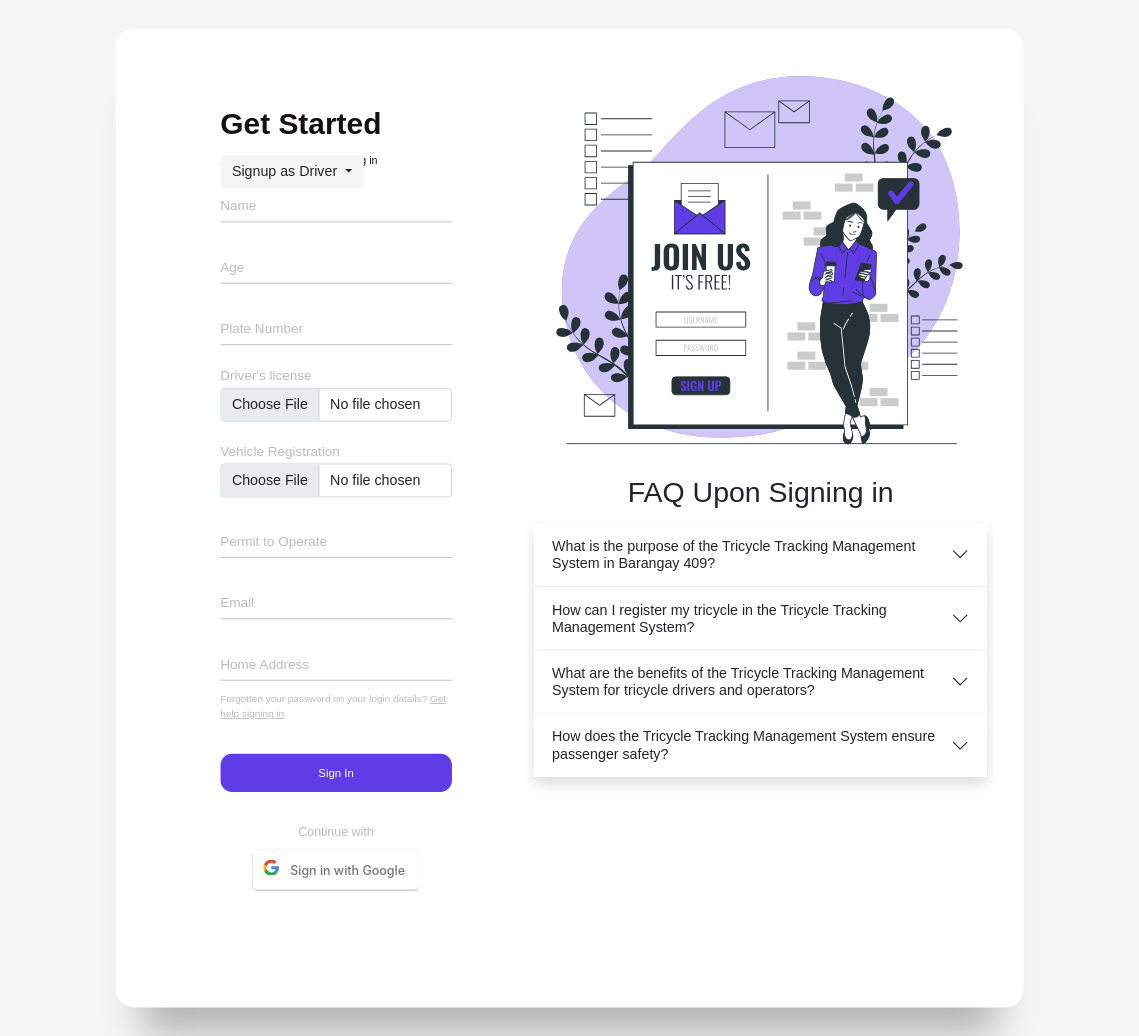
Repository: adrcstro/plate-to-place
Page: http://localhost/Loginsystem/Driverlogin.php
An editor plug-in stored every save of this project. The page is shown before and after the next save, followed by the edit.
The browser window is 1280 px wide. The pictures show the whole page, at 89% of full size.
Some web fonts or font styles are not loaded; a fallback is used. Some web libraries are served in a nearby version. The page is run by PHP 8.4 with error messages shown; the project is at /var/www/html/.

Above is the page before, as saved 2023-10-31 12:34:17.

### Loginsystem/Driverlogin.php
<!DOCTYPE html>
<html lang="en">
<head>
    <meta charset="UTF-8">
    <meta name="viewport" content="width=device-width, initial-scale=1.0">
    <link rel="shortcut icon" type="x-icon" href="../images/webicon.png">
    <link rel="stylesheet" href="../css/bootstrap.min.css">
    <link rel="stylesheet" href="https://cdnjs.cloudflare.com/ajax/libs/font-awesome/6.3.0/css/all.min.css" integrity="sha512-SzlrxWUlpfuzQ+pcUCosxcglQRNAq/DZjVsC0lE40xsADsfeQoEypE+enwcOiGjk/bSuGGKHEyjSoQ1zVisanQ==" crossorigin="anonymous" referrerpolicy="no-referrer"/>
    <link rel="stylesheet" href="driver.css">

    <title>Brangay409-3WHeel-Tracking-System</title>
</head>

<body>

<main>
      <div class="box">
        <div class="inner-box">
          <div class="forms-wrap">
            <form action="index.html" autocomplete="off" class="sign-in-form">

<script>
    function changeLoginType(type) {
        document.getElementById('loginDropdown').innerText = 'Login as ' + type;
    }
</script>
              <div class="heading">
                <h2>Get Started</h2>
                <h6>Already have an Account?</h6>
                <a href="#" class="toggle" data-target="img-2">Log in</a>
              </div>
              <div class="dropdown">
    <button class="btn dropdown-toggle" type="button" data-bs-toggle="dropdown" aria-expanded="false" id="loginDropdown">
        Signup as Driver
    </button>
    <ul class="dropdown-menu">
        <li><a class="dropdown-item" href="Passenger.php" onclick="changeLoginType('Passenger')">Passenger</a></li>
        <li><a class="dropdown-item" href="Driverlogin.php" onclick="changeLoginType('Driver')">Driver</a></li>

    </ul>
</div>
<div class="formsignin">



              <div class="actual-form">
                <div class="input-wrap">
                  <input
                    type="text"
                    minlength="4"
                    class="input-field"
                    autocomplete="off"
                    required
                  />
                  <label>Name</label>
                </div>

                <div class="input-wrap">
                  <input
                    type="password"
                    minlength="4"
                    class="input-field"
                    autocomplete="off"
                    required
                  />
                  <label>Age</label>
                </div>

                <div class="input-wrap">
                  <input
                    type="text"
                    minlength="4"
                    class="input-field"
                    autocomplete="off"
                    required
                  />
                  <label>Plate Number</label>
                </div>

                <div id="Filefield" class="input-wrap">
  <label for="formFile" class="custom-label">Driver's license</label>
  <input class="form-control" type="file" id="formFile" title="Please ensure the image is clear and legible" class="custom-title">
</div>
<div id="Filefield" class="input-wrap">
  <label for="formFile" class="custom-label">Vehicle Registration</label>
  <input class="form-control" type="file" id="formFile" title="Please ensure the image is clear and legible" class="custom-title">
</div>

                <div class="input-wrap">
                  <input
                    type="text"
                    minlength="4"
                    class="input-field"
                    autocomplete="off"
                    required
                  />
                  <label>Permit to Operate</label>
                </div>
                <div class="input-wrap">
                  <input
                    type="text"
                    minlength="4"
                    class="input-field"
                    autocomplete="off"
                    required
                  />
                  <label>Email</label>
                </div>
                <div class="input-wrap">
                  <input
                    type="text"
                    minlength="4"
                    class="input-field"
                    autocomplete="off"
                    required
                  />
                  <label>Home Address</label>
                </div>
                <p class="text">
                  Forgotten your password on your login datails?

                  <a href="Forgotpassword.php" data-target="img-2">Get help signing in</a>
                </p>
                <input type="submit" value="Sign In" class="sign-btn" />
                <h5 id="textcon">Continue with</h5>
                <button type="button" class="login-with-google-btn" >
                Sign in with Google
                 </button>
              </div>
              </div>
            </form>


          </div>
          <div class="carousel">
  <div class="images-wrapper">
    <img src="../images/Signup.svg" class="image img-2 show" alt="" />
  </div>

  <div class="col-md-12">
         <h2 class="mt-2 text-center" id="FAQ">FAQ Upon Signing in</h2>
         <div class="accordion accordion-flush p-2" id="accordionFlushExample">
          <div class="accordion-item bg-white shadow">
            <h2 class="accordion-header">
              <button class="accordion-button collapsed" type="button" data-bs-toggle="collapse" data-bs-target="#flush-collapseOne" aria-expanded="false" aria-controls="flush-collapseOne">
                What is the purpose of the Tricycle Tracking Management System in Barangay 409?
              </button>
            </h2>
            <div id="flush-collapseOne" class="accordion-collapse collapse" data-bs-parent="#accordionFlushExample">
              <div class="accordion-body">The Tricycle Tracking Management System aims to streamline tricycle operations and ensure passenger safety and efficient transportation services within the barangay.</div>
            </div>
          </div>
          <div class="accordion-item shadow">
            <h2 class="accordion-header">
              <button class="accordion-button collapsed" type="button" data-bs-toggle="collapse" data-bs-target="#flush-collapseTwo" aria-expanded="false" aria-controls="flush-collapseTwo">
                How can I register my tricycle in the Tricycle Tracking Management System?
              </button>
            </h2>
            <div id="flush-collapseTwo" class="accordion-collapse collapse" data-bs-parent="#accordionFlushExample">
              <div class="accordion-body">To register your tricycle, visit the barangay office and submit the required documents, including the tricycle's registration papers, driver's license, and other necessary permits.</div>
            </div>
          </div>
          <div class="accordion-item shadow">
            <h2 class="accordion-header">
              <button class="accordion-button collapsed" type="button" data-bs-toggle="collapse" data-bs-target="#flush-collapseThree" aria-expanded="false" aria-controls="flush-collapseThree">
                What are the benefits of the Tricycle Tracking Management System for tricycle drivers and operators?
              </button>
            </h2>
            <div id="flush-collapseThree" class="accordion-collapse collapse" data-bs-parent="#accordionFlushExample">
              <div class="accordion-body">The system provides improved transparency in fare collection, enhances security measures for both drivers and passengers, and facilitates better route planning, leading to increased efficiency and profitability for tricycle operators.
              </div>
            </div>
          </div>

          <div class="accordion-item shadow">
            <h2 class="accordion-header">
              <button class="accordion-button collapsed" type="button" data-bs-toggle="collapse" data-bs-target="#flush-collapseFour" aria-expanded="false" aria-controls="flush-collapseFour">
                How does the Tricycle Tracking Management System ensure passenger safety?
              </button>
            </h2>
            <div id="flush-collapseFour" class="accordion-collapse collapse" data-bs-parent="#accordionFlushExample">
              <div class="accordion-body">The system integrates safety measures such as  Report Management, Legal Action Provider, and driver identification features, which enable swift responses to any emergency situations during tricycle rides.</div>
            </div>
          </div>



        </div>
         </div>


</div>
        </div>
      </div>
    </main>



</body>
<script src="../js/bootstrap.bundle.js"></script>
    <script src="login.js"></script>

</html>

### Loginsystem/driver.css
@import url("https://fonts.googleapis.com/css2?family=Poppins:wght@200;300;400;500;600;700;800&display=swap");
@import url('https://fonts.googleapis.com/css2?family=Advent+Pro:wght@200&display=swap');
@import url('https://fonts.googleapis.com/css2?family=Advent+Pro:wght@200&family=Montserrat+Alternates&display=swap');
@import url('http://fonts.googleapis.com/css?family=Open+Sans:400,700');
*,
*::before,
*::after {
  padding: 0;
  margin: 0;
  box-sizing: border-box;
}
#textcon{
  padding: 4px;
  text-align: center;
  color: #bababa;
  font-size: 14px;
}
.login-with-google-btn {
  transition: background-color .3s, box-shadow .3s;
  padding: 12px 16px 12px 42px;
  border: none;
  border-radius: 5px;
  box-shadow: 0 -1px 0 rgba(0, 0, 0, .04), 0 1px 1px rgba(0, 0, 0, .25);
  display: block;
    margin: auto;
  color: #757575;
  font-size: 14px;
  font-weight: 500;
  font-family: -apple-system,BlinkMacSystemFont,"Segoe UI",Roboto,Oxygen,Ubuntu,Cantarell,"Fira Sans","Droid Sans","Helvetica Neue",sans-serif;

  background-image: url(data:[embedded picture, 822 characters]);
  background-color: white;
  background-repeat: no-repeat;
  background-position: 12px 11px;

  &:hover {
    background-color: #f3f3f3b6;
  }

  &:active {
    background-color: #eeeeee;
  }
}
  &:focus {
    outline: none;
    box-shadow:
      0 -1px 0 rgba(0, 0, 0, .04),
      0 2px 4px rgba(0, 0, 0, .25),
      0 0 0 3px #c8dafc;
  }

.logo {
  text-align: center;
}
.logo br {
  font-size: 1px; /* Adjust the font size as per your requirement */
}
body,
input {
  font-family: 'Montserrat Alternates', sans-serif;

}
#loginDropdown{
  background-color: whitesmoke;
}

main {
  width: 100%;
  min-height: 100vh;
  overflow: hidden;
  background-color: whitesmoke;
  padding: 2rem;
  display: flex;
  align-items: center;
  justify-content: center;
}

.box {
  position: relative;
  width: 100%;
  max-width: 1020px;
  height: 1100px;
  background-color: #fff;
  border-radius: 1.3rem;
  box-shadow: 0 60px 40px -30px rgba(0, 0, 0, 0.27);
}

.inner-box {
  position: absolute;
  width: calc(100% - 4.1rem);
  height: calc(100% - 4.1rem);
  top: 50%;
  left: 50%;
  transform: translate(-50%, -50%);
}

.forms-wrap {
  position: absolute;
  height: 100%;
  width: 45%;
  top: 0;
  left: 0;
  display: grid;
  grid-template-columns: 1fr;
  grid-template-rows: 1fr;
  transition: 0.8s ease-in-out;
}

form {
  max-width: 260px;
  width: 100%;
  margin: 0 auto;
  height: 100%;
  display: flex;
  flex-direction: column;
  justify-content: space-evenly;
  grid-column: 1 / 2;
  grid-row: 1 / 2;
  transition: opacity 0.02s 0.4s;
  border: #aaa;
}

form.sign-up-form {
  opacity: 0;
  pointer-events: none;

}

.logo {
  display: flex;
  align-items: center;
}


.logo h4 {
  font-size: 1.1rem;
  margin-top: -9px;
  letter-spacing: -0.5px;
  color: #151111;
}

.heading h2 {
  font-size: 2.1rem;
  font-weight: 600;
  color: #151111;
}

.heading h6 {
  color: #bababa;
  font-weight: 400;
  font-size: 0.75rem;
  display: inline;
}

.toggle {
  color: #151111;
  text-decoration: none;
  font-size: 0.75rem;
  font-weight: 500;
  transition: 0.3s;
}

.toggle:hover {
  color: #8371fd;
}

.input-wrap {
  position: relative;
  height: 37px;
  margin-bottom: 2rem;
}

.input-field {
  position: absolute;
  width: 100%;
  height: 100%;
  background: none;
  border: none;
  outline: none;
  border-bottom: 1px solid #bbb;
  padding: 0;
  font-size: 0.95rem;
  color: #151111;
  transition: 0.4s;
}

label {
  position: absolute;
  left: 0;
  top: 50%;
  transform: translateY(-50%);
  font-size: 0.95rem;
  color: #bbb;
  pointer-events: none;
  transition: 0.4s;
}

.input-field.active {
  border-bottom-color: #151111;
}

.input-field.active + label {
  font-size: 0.75rem;
  top: -2px;
}
.logtext{
  margin-top: -1rem;
}
.sign-btn {
  display: inline-block;
  width: 100%;
  height: 43px;
  background-color: #603ce6;
  color: #fff;
  border: none;
  cursor: pointer;
  border-radius: 0.8rem;
  font-size: 0.8rem;
  margin-bottom: 2rem;
  transition: 0.3s;
}
.show {
  display: block;
}

.FAQESTION{
  margin-top: -3rem;
}



.hide {
  display: none;
}

.sign-btn:hover {
  background-color: #6a5cc4;
}

.text {
  color: #bbb;
  font-size: 0.7rem;
  transform: translateY(-20px);
}

.text a {
  color: #bbb;
  transition: 0.3s;

}




.text a:hover {
  color: #8371fd;
}

main.sign-up-mode form.sign-in-form {
  opacity: 0;
  pointer-events: none;
}

main.sign-up-mode form.sign-up-form {
  opacity: 1;
  pointer-events: all;
}

main.sign-up-mode .forms-wrap {
  left: 55%;
}

main.sign-up-mode .carousel {
  left: 0%;
}

.carousel {
  position: absolute;
  height: 100%;
  width: 55%;
  left: 45%;
  top: 0;
  background-color: white;
  border-radius: 2rem;
  display: grid;
  grid-template-rows: auto 1fr;
  padding-bottom: 2rem;
  overflow: hidden;
  transition: 0.8s ease-in-out;
}

.images-wrapper {
  display: grid;
  grid-template-columns: 1fr;
  grid-template-rows: 1fr;
}
.hide {
  display: none;
}
.image {
  width: 100%;
 height: 90%;
  grid-column: 1/2;
  grid-row: 1/2;
  opacity: 0;
  transition: opacity 0.3s, transform 0.5s;
}

.img-1 {
  transform: translate(0, -50px);
}

.img-2 {
  transform: scale(0.4, 0.5);
}

.img-3 {
  transform: scale(0.3) rotate(-20deg);
}

.image.show {
  opacity: 1;
  transform: none;
}

.text-slider {
  display: flex;
  align-items: center;
  justify-content: center;
  flex-direction: column;
margin-top: -4rem;

}

.text-wrap {
  max-height: 3.1rem;
  overflow: hidden;
  margin-bottom: 2.3rem;
}

.text-group {
  display: flex;
  flex-direction: column;
  text-align: center;
  transform: translateY(0);
  transition: 0.5s;
}

.text-group h2 {
  line-height: 2.2rem;
  font-weight: 600;
  font-size: 1.6rem;
}

.bullets {
  display: flex;
  align-items: center;
  justify-content: center;
  margin-top: -2.4rem;
}

.bullets span {
  display: block;
  width: 0.5rem;
  height: 0.5rem;
  background-color: #aaa;
  margin: 0 0.25rem;
  border-radius: 50%;
  cursor: pointer;
  transition: 0.3s;
}
.dropdown{
  margin-top: -6rem;
}
.actual-form{
  margin-top: -6rem;
}
.bullets span.active {
  width: 1.1rem;
  background-color: #151111;
  border-radius: 1rem;
}
.actual-form{
  margin-top: 20px;
  }
  .col-md-12{
    margin-top: -4rem;
  }

  .sign-in-form{
    margin-top: -4rem;
  }
.formsignin{
  margin-top: -6rem;
}
#Filefield{
  margin-top: 3rem;
}
.custom-label{
  margin-top: -2rem;
}

.sign-in-form{
  margin-top: -1.4rem;
}



@media (max-width: 850px) {
  .box {
    height: auto;
    max-width: 550px;
    overflow: hidden;
  }

  .inner-box {
    position: static;
    transform: none;
    width: revert;
    height: revert;
    padding: 2rem;
  }

  .forms-wrap {
    position: revert;
    width: 100%;
    height: auto;
  }

  form {
    max-width: revert;
    padding: 1.5rem 2.5rem 2rem;
    transition: transform 0.8s ease-in-out, opacity 0.45s linear;
  }

  .heading {
    margin: 2rem 0;
  }

  form.sign-up-form {
    transform: translateX(100%);
  }

  main.sign-up-mode form.sign-in-form {
    transform: translateX(-100%);
  }

  main.sign-up-mode form.sign-up-form {
    transform: translateX(0%);
  }

  .carousel {
    position: revert;
    height: auto;
    width: 100%;
    padding: 3rem 2rem;
    display: flex;
  }

  .images-wrapper {
    display: none;
  }

  .text-slider {
    width: 100%;
  }

  .text-slider{
    margin-top: 3rem;
}
.actual-form{
margin-top: 2rem;
}
.col-md-12{
  margin-top: -3rem;
}
.dropdown{
  margin-top: -1rem;
}
.sign-in-form{
  margin-top: -1rem;
}

.formsignin{
  margin-top: 1rem;
}


}

@media (max-width: 528px) {
  main {
    padding: 1rem;
  }

  .box {
    border-radius: 2rem;
  }

  .inner-box {
    padding: 1rem;
  }

  .carousel {
    padding: 1.5rem 1rem;
    border-radius: 1.6rem;
  }

  .text-wrap {
    margin-bottom: 1rem;
  }

  .text-group h2 {
    font-size: 1.2rem;
  }

  form {
    padding: 1rem 2rem 1.5rem;
  }

  .bullets{
    margin-top: -1rem;
}
.col-md-12{
  margin-top: 1rem;
}


}








@media (max-width: 390px) {
    .text-slider{
        margin-top: 2rem;
    }

}

### Loginsystem/login.js
const inputs = document.querySelectorAll(".input-field");
const toggle_btn = document.querySelectorAll(".toggle");
const main = document.querySelector("main");
const bullets = document.querySelectorAll(".bullets span");
const images = document.querySelectorAll(".image");

inputs.forEach((inp) => {
  inp.addEventListener("focus", () => {
    inp.classList.add("active");
  });
  inp.addEventListener("blur", () => {
    if (inp.value != "") return;
    inp.classList.remove("active");
  });
});

toggle_btn.forEach((btn) => {
  btn.addEventListener("click", () => {
    main.classList.toggle("sign-up-mode");
  });
});

function moveSlider() {
  let index = this.dataset.value;

  let currentImage = document.querySelector(`.img-${index}`);
  images.forEach((img) => img.classList.remove("show"));
  currentImage.classList.add("show");

  const textSlider = document.querySelector(".text-group");
  textSlider.style.transform = `translateY(${-(index - 1) * 2.2}rem)`;

  bullets.forEach((bull) => bull.classList.remove("active"));
  this.classList.add("active");
}

bullets.forEach((bullet) => {
  bullet.addEventListener("click", moveSlider);
});

document.addEventListener('DOMContentLoaded', function () {
  const toggleLinks = document.querySelectorAll('.toggle');
  toggleLinks.forEach(function(toggleLink) {
    toggleLink.addEventListener('click', function (event) {
      event.preventDefault();
      const targetId = toggleLink.getAttribute('data-target');
      const textSlider = document.querySelector('.text-group');
      if (targetId === 'img-1') {
        const targetText = 'Get Started';
        textSlider.innerHTML = `<h2>${targetText}</h2>`;
      } else if (targetId === 'img-2') {
        const targetText = 'Join us';
        textSlider.innerHTML = `<h2>${targetText}</h2>`;
      }
    });
  });
});

Loaded but not shown: css/bootstrap.min.css (library); js/bootstrap.bundle.js (library); Images/Signup.svg (1 lines, source omitted)

After the next save:
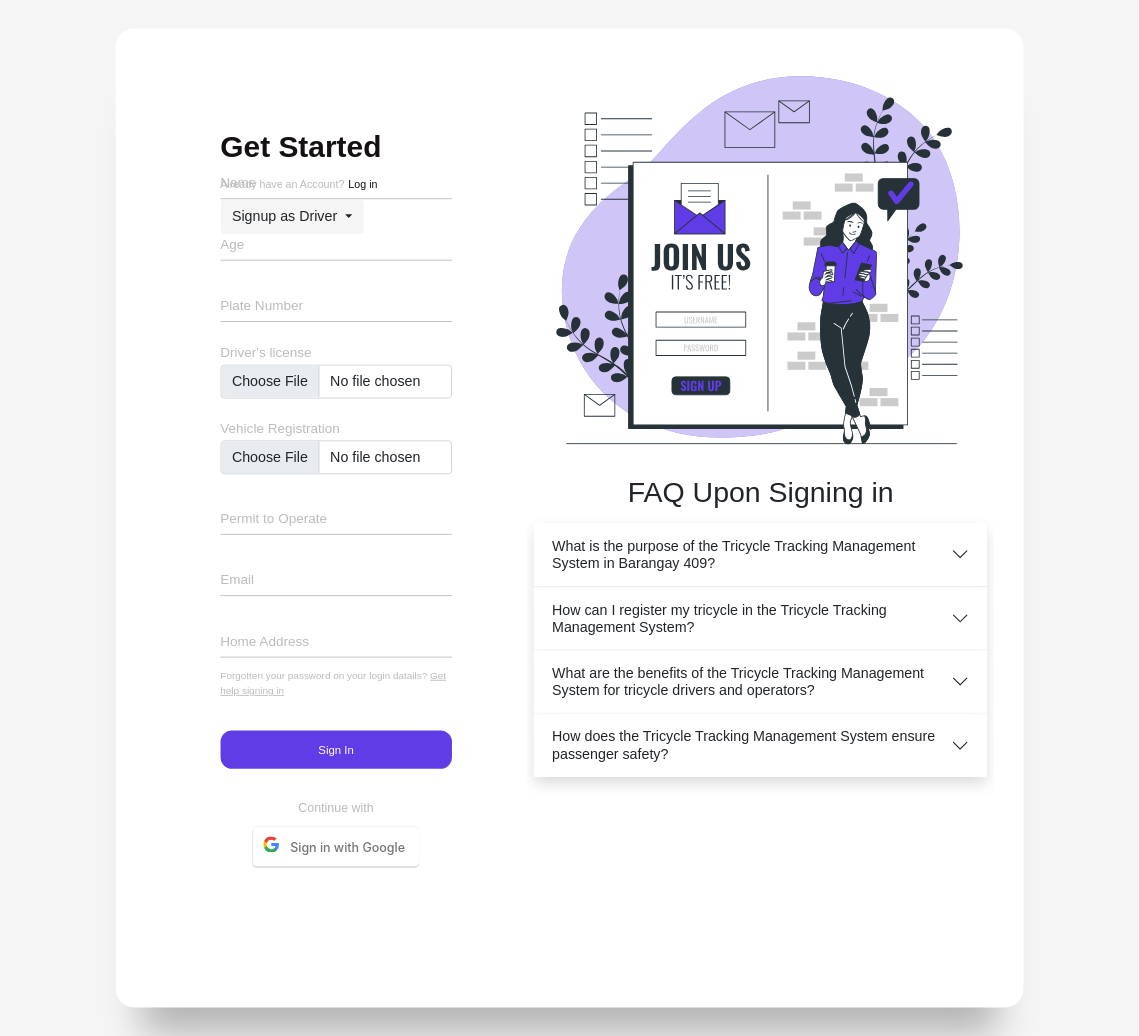
Saved 2 min 35 s later.
--- a/Loginsystem/Driverlogin.php
+++ b/Loginsystem/Driverlogin.php
@@ -29,6 +29,9 @@
                 <h6>Already have an Account?</h6>
                 <a href="#" class="toggle" data-target="img-2">Log in</a>
               </div>
+
+
+<div class="formandbtn">
               <div class="dropdown">
     <button class="btn dropdown-toggle" type="button" data-bs-toggle="dropdown" aria-expanded="false" id="loginDropdown">
         Signup as Driver
@@ -128,6 +131,7 @@
                  </button>
               </div>
               </div>
+              </div>
             </form>
 
 

After the save that followed:
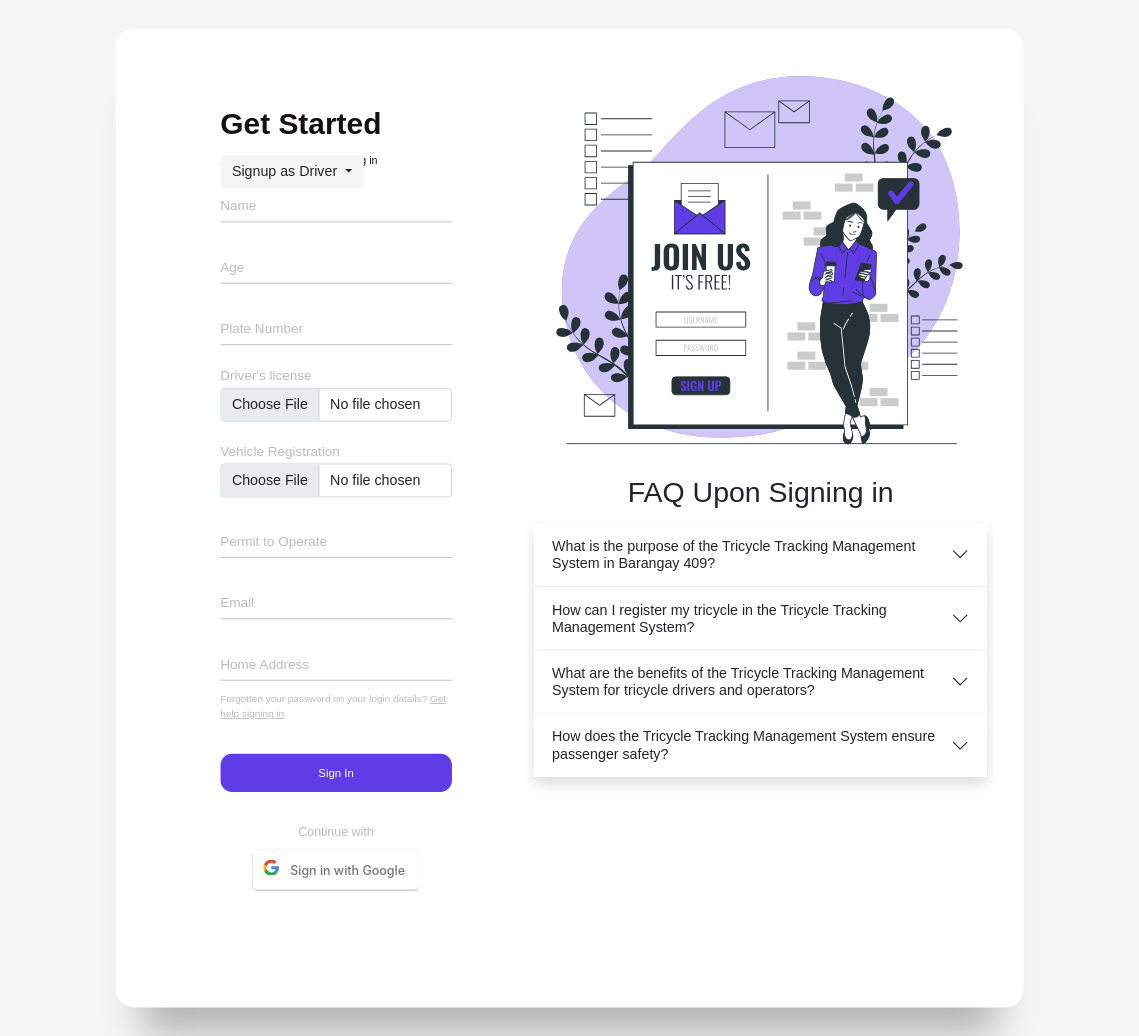
Saved 11 s later.
--- a/Loginsystem/Driverlogin.php
+++ b/Loginsystem/Driverlogin.php
@@ -31,7 +31,7 @@
               </div>
 
 
-<div class="formandbtn">
+
               <div class="dropdown">
     <button class="btn dropdown-toggle" type="button" data-bs-toggle="dropdown" aria-expanded="false" id="loginDropdown">
         Signup as Driver
@@ -131,7 +131,7 @@
                  </button>
               </div>
               </div>
-              </div>
+
             </form>
 
 
